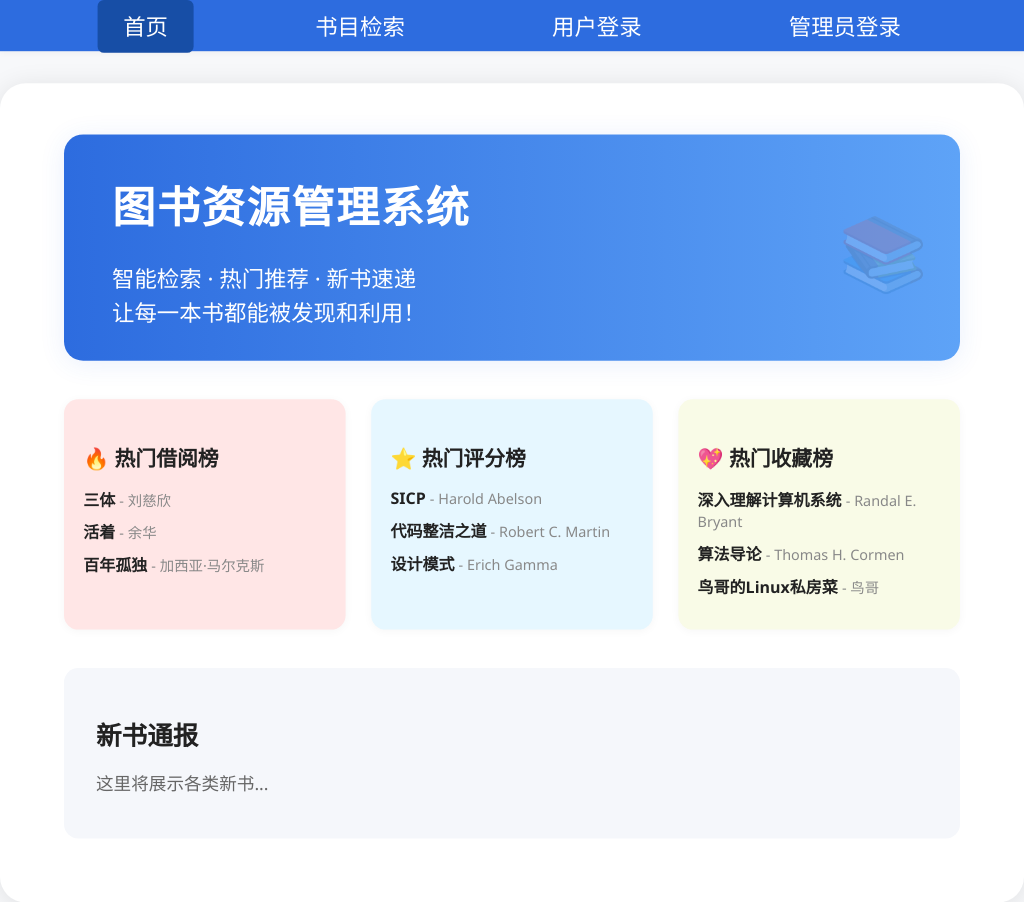
Repository: MercuryRandom/Library-Resource-Management-System
Page: / (app in frontend/)
An editor plug-in stored every save of this project. The page is shown before and after the next save, followed by the edit.
The browser window is 1280 px wide. The pictures show the whole page, at 80% of full size.
The project was rebuilt for these pictures with package versions that can differ from the ones it lists, and the page was loaded fresh each time. Also part of the build but not shown: frontend/vite.config.js, frontend/src/pages/SearchPage.jsx, frontend/src/pages/LoginPage.jsx, frontend/src/pages/RegisterPage.jsx, frontend/src/pages/UserLibraryPage.jsx, frontend/src/pages/AdminLoginPage.jsx, frontend/src/pages/AdminPage.jsx, frontend/src/pages/admin/ReaderManagementPage.jsx and 2 more.

Above is the page before, as saved 2025-06-25 20:29:11.

### frontend/index.html
<!DOCTYPE html>
<html lang="zh-CN">

<head>
  <meta charset="UTF-8" />
  <link rel="icon" type="image/svg+xml" href="/vite.svg" />
  <meta name="viewport" content="width=device-width, initial-scale=1.0" />
  <title>图书管理系统</title>
</head>

<body>
  <div id="root"></div>
  <script type="module" src="/src/main.jsx"></script>
</body>

</html>

### frontend/src/App.jsx
import { BrowserRouter as Router, Routes, Route, useNavigate } from 'react-router-dom';
import MainLayout from './layout/MainLayout';
import HomePage from './pages/HomePage';
import SearchPage from './pages/SearchPage';
import LoginPage from './pages/LoginPage';
import RegisterPage from './pages/RegisterPage';
import UserLibraryPage from './pages/UserLibraryPage';
import AdminLoginPage from './pages/AdminLoginPage';
import AdminPage from './pages/AdminPage';
import ReaderManagementPage from './pages/admin/ReaderManagementPage';
import BookManagementPage from './pages/admin/BookManagementPage';
import BorrowManagementPage from './pages/admin/BorrowManagementPage';
import './App.css';

function App() {
  return (
    <Router>
      <Routes>
        <Route path="/" element={<MainLayout />}>
          <Route index element={<HomePage />} />
          <Route path="search" element={<SearchPage />} />
          <Route path="login" element={<LoginPage />} />
          <Route path="register" element={<RegisterPage />} />
          <Route path="library" element={<UserLibraryPage />} />
          <Route path="admin-login" element={<AdminLoginPage />} />
          <Route path="admin" element={<AdminPage />}>
            <Route path="readers" element={<ReaderManagementPage />} />
            <Route path="books" element={<BookManagementPage />} />
            <Route path="borrowing" element={<BorrowManagementPage />} />
          </Route>
        </Route>
      </Routes>
    </Router>
  );
}

export default App;

### frontend/src/layout/MainLayout.jsx
import React from 'react';
import { Outlet, NavLink } from 'react-router-dom';

const MainLayout = () => {
  return (
    <div>
      <nav>
        <ul>
          <li>
            <NavLink to="/" end className={({ isActive }) => isActive ? 'active' : ''}>首页</NavLink>
          </li>
          <li>
            <NavLink to="/search" className={({ isActive }) => isActive ? 'active' : ''}>书目检索</NavLink>
          </li>
          <li>
            <NavLink to="/login" className={({ isActive }) => isActive ? 'active' : ''}>用户登录</NavLink>
          </li>
          <li>
            <NavLink to="/admin-login" className={({ isActive }) => isActive ? 'active' : ''}>管理员登录</NavLink>
          </li>
        </ul>
      </nav>
      <hr style={{ border: 'none', margin: 0 }} />
      <main>
        <Outlet />
      </main>
    </div>
  );
};

export default MainLayout;

### frontend/src/pages/HomePage.jsx
import React from 'react';

const HomePage = () => {
  // 假设这些是-从后端获取的数据
  const popularBorrowings = [
    { id: 1, title: '三体', author: '刘慈欣' },
    { id: 2, title: '活着', author: '余华' },
    { id: 3, title: '百年孤独', author: '加西亚·马尔克斯' },
  ];

  const popularRatings = [
    { id: 1, title: 'SICP', author: 'Harold Abelson' },
    { id: 2, title: '代码整洁之道', author: 'Robert C. Martin' },
    { id: 3, title: '设计模式', author: 'Erich Gamma' },
  ];

  const popularCollections = [
    { id: 1, title: '深入理解计算机系统', author: 'Randal E. Bryant' },
    { id: 2, title: '算法导论', author: 'Thomas H. Cormen' },
    { id: 3, title: '鸟哥的Linux私房菜', author: '鸟哥' },
  ];

  return (
    <div>
      <div style={{
        background: 'linear-gradient(90deg, #2d6cdf 0%, #5ea3f7 100%)',
        color: '#fff',
        borderRadius: '24px',
        padding: '48px 40px 40px 60px',
        marginBottom: 48,
        boxShadow: '0 4px 32px rgba(45,108,223,0.10)',
        display: 'flex',
        alignItems: 'center',
        gap: 40
      }}>
        <div style={{ flex: 1 }}>
          <h1 style={{ fontSize: 54, fontWeight: 700, margin: 0, letterSpacing: 2 }}>图书资源管理系统</h1>
          <p style={{ fontSize: 28, margin: '32px 0 0 0', lineHeight: 1.5 }}>
            智能检索 · 热门推荐 · 新书速递<br />
            让每一本书都能被发现和利用！
          </p>
        </div>
        <div style={{ fontSize: 90, opacity: 0.15, userSelect: 'none' }}>📚</div>
      </div>

      <div style={{ display: 'flex', justifyContent: 'space-between', gap: 32, marginBottom: 48 }}>
        <RecommendationList title="热门借阅榜" icon="🔥" books={popularBorrowings} color="#ffe6e6" />
        <RecommendationList title="热门评分榜" icon="⭐" books={popularRatings} color="#e6f7ff" />
        <RecommendationList title="热门收藏榜" icon="💖" books={popularCollections} color="#f9fbe7" />
      </div>

      <div style={{ marginTop: '40px', background: '#f5f7fb', borderRadius: 18, padding: '32px 40px' }}>
        <h2 style={{ fontSize: 32, marginBottom: 18 }}>新书通报</h2>
        <p style={{ color: '#666', fontSize: 22 }}>这里将展示各类新书...</p>
      </div>
    </div>
  );
};

// 一个可重用的列表组件
const RecommendationList = ({ title, icon, books, color }) => (
  <div style={{ background: color, borderRadius: 18, padding: '28px 24px', width: '32%', boxShadow: '0 2px 12px rgba(0,0,0,0.04)' }}>
    <h3 style={{ fontSize: 26, marginBottom: 18 }}>{icon} {title}</h3>
    <ul style={{ padding: 0, margin: 0, listStyle: 'none', fontSize: 20 }}>
      {books.map(book => (
        <li key={book.id} style={{ marginBottom: 12 }}>
          <strong>{book.title}</strong> <span style={{ color: '#888', fontSize: 18 }}>- {book.author}</span>
        </li>
      ))}
    </ul>
  </div>
);

export default HomePage;

### frontend/src/App.css
body {
  margin: 0;
  padding: 0;
  font-family: 'Segoe UI', 'Arial', sans-serif;
  background: #f7f8fa;
  color: #222;
  font-size: 24px;
}

#root {
  min-height: 100vh;
  display: flex;
  flex-direction: column;
}

nav {
  background: #2d6cdf;
  padding: 0 0;
  box-shadow: 0 2px 8px rgba(0, 0, 0, 0.04);
}

nav ul {
  display: flex;
  justify-content: center;
  align-items: center;
  margin: 0;
  padding: 0;
  list-style: none;
  height: 64px;
}

nav ul li {
  margin: 0 60px;
}

nav ul li a {
  color: #fff;
  text-decoration: none;
  font-size: 28px;
  font-weight: 500;
  padding: 14px 32px;
  border-radius: 8px;
  transition: background 0.2s;
}

nav ul li a:hover,
nav ul li a.active {
  background: #174ea6;
}

main {
  flex: 1;
  max-width: 1600px;
  margin: 40px auto 0 auto;
  background: #fff;
  border-radius: 32px;
  box-shadow: 0 4px 32px rgba(0, 0, 0, 0.10);
  padding: 64px 80px 80px 80px;
  font-size: 1.25em;
}

/* 登录/注册卡片样式 */
.form-card {
  max-width: 520px;
  margin: 60px auto;
  padding: 48px 40px 40px 40px;
  background: #f5f7fb;
  border-radius: 24px;
  box-shadow: 0 2px 16px rgba(0, 0, 0, 0.08);
}

.form-card h2 {
  text-align: center;
  margin-bottom: 32px;
  font-size: 2.2em;
}

.form-card label {
  font-size: 1.1em;
  margin-bottom: 8px;
}

.form-card input {
  width: 100%;
  padding: 14px;
  font-size: 1.1em;
  border: 1px solid #bfc8e0;
  border-radius: 8px;
  margin-bottom: 24px;
  background: #fff;
  box-sizing: border-box;
}

.form-card button {
  width: 100%;
  padding: 16px;
  font-size: 1.1em;
  background: #2d6cdf;
  color: #fff;
  border: none;
  border-radius: 8px;
  margin-top: 8px;
  cursor: pointer;
  transition: background 0.2s;
}

.form-card button:hover {
  background: #174ea6;
}

.form-card .form-link {
  display: block;
  text-align: right;
  margin-top: 12px;
  color: #2d6cdf;
  text-decoration: underline;
  cursor: pointer;
  font-size: 1em;
}

@media (max-width: 900px) {
  main {
    max-width: 98vw;
    padding: 16px 2vw;
  }

  nav ul li {
    margin: 0 10px;
  }

  nav ul li a {
    font-size: 18px;
    padding: 8px 10px;
  }

  .form-card {
    padding: 24px 8px 24px 8px;
  }
}

.logo {
  height: 6em;
  padding: 1.5em;
  will-change: filter;
  transition: filter 300ms;
}

.logo:hover {
  filter: drop-shadow(0 0 2em #646cffaa);
}

.logo.react:hover {
  filter: drop-shadow(0 0 2em #61dafbaa);
}

@keyframes logo-spin {
  from {
    transform: rotate(0deg);
  }

  to {
    transform: rotate(360deg);
  }
}

@media (prefers-reduced-motion: no-preference) {
  a:nth-of-type(2) .logo {
    animation: logo-spin infinite 20s linear;
  }
}

.card {
  padding: 2em;
}

.read-the-docs {
  color: #888;
}

.card-hover {
  transition: box-shadow 0.25s, transform 0.25s;
  box-shadow: 0 2px 12px rgba(0, 0, 0, 0.04);
}

.card-hover:hover {
  box-shadow: 0 8px 32px rgba(45, 108, 223, 0.18);
  transform: translateY(-10px) scale(1.03);
  z-index: 2;
}

Loaded but not shown: frontend/src/main.jsx (common file)

After the next save:
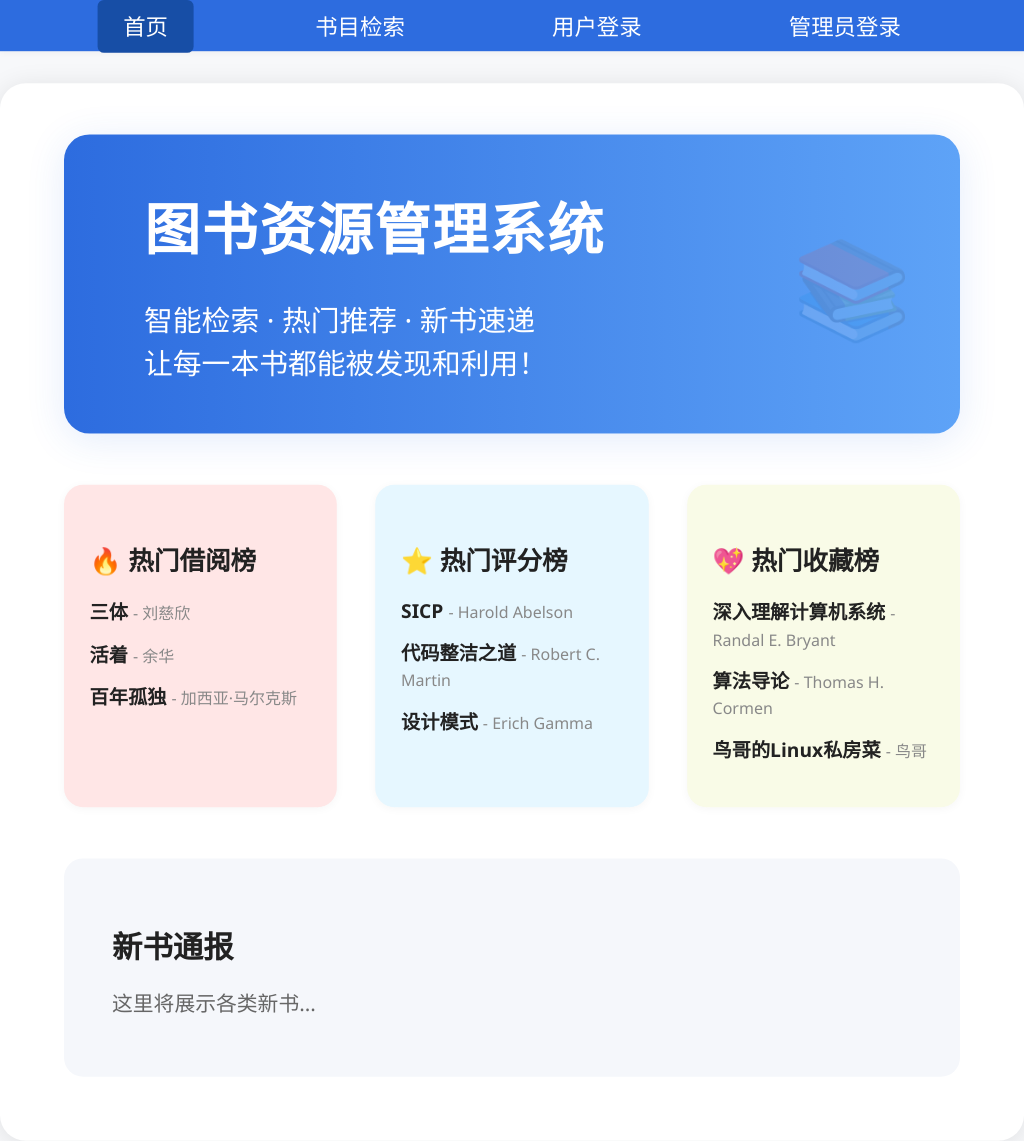
Saved 32 s later.
--- a/frontend/src/pages/HomePage.jsx
+++ b/frontend/src/pages/HomePage.jsx
@@ -25,33 +25,33 @@ const HomePage = () => {
       <div style={{
         background: 'linear-gradient(90deg, #2d6cdf 0%, #5ea3f7 100%)',
         color: '#fff',
-        borderRadius: '24px',
-        padding: '48px 40px 40px 60px',
-        marginBottom: 48,
-        boxShadow: '0 4px 32px rgba(45,108,223,0.10)',
+        borderRadius: '32px',
+        padding: '64px 60px 60px 100px',
+        marginBottom: 64,
+        boxShadow: '0 8px 48px rgba(45,108,223,0.13)',
         display: 'flex',
         alignItems: 'center',
-        gap: 40
+        gap: 60
       }}>
         <div style={{ flex: 1 }}>
-          <h1 style={{ fontSize: 54, fontWeight: 700, margin: 0, letterSpacing: 2 }}>图书资源管理系统</h1>
-          <p style={{ fontSize: 28, margin: '32px 0 0 0', lineHeight: 1.5 }}>
+          <h1 style={{ fontSize: 70, fontWeight: 800, margin: 0, letterSpacing: 2 }}>图书资源管理系统</h1>
+          <p style={{ fontSize: 36, margin: '40px 0 0 0', lineHeight: 1.5 }}>
             智能检索 · 热门推荐 · 新书速递<br />
             让每一本书都能被发现和利用！
           </p>
         </div>
-        <div style={{ fontSize: 90, opacity: 0.15, userSelect: 'none' }}>📚</div>
+        <div style={{ fontSize: 120, opacity: 0.13, userSelect: 'none' }}>📚</div>
       </div>
 
-      <div style={{ display: 'flex', justifyContent: 'space-between', gap: 32, marginBottom: 48 }}>
+      <div style={{ display: 'flex', justifyContent: 'space-between', gap: 48, marginBottom: 64 }}>
         <RecommendationList title="热门借阅榜" icon="🔥" books={popularBorrowings} color="#ffe6e6" />
         <RecommendationList title="热门评分榜" icon="⭐" books={popularRatings} color="#e6f7ff" />
         <RecommendationList title="热门收藏榜" icon="💖" books={popularCollections} color="#f9fbe7" />
       </div>
 
-      <div style={{ marginTop: '40px', background: '#f5f7fb', borderRadius: 18, padding: '32px 40px' }}>
-        <h2 style={{ fontSize: 32, marginBottom: 18 }}>新书通报</h2>
-        <p style={{ color: '#666', fontSize: 22 }}>这里将展示各类新书...</p>
+      <div style={{ marginTop: '60px', background: '#f5f7fb', borderRadius: 24, padding: '48px 60px' }}>
+        <h2 style={{ fontSize: 38, marginBottom: 24 }}>新书通报</h2>
+        <p style={{ color: '#666', fontSize: 26 }}>这里将展示各类新书...</p>
       </div>
     </div>
   );
@@ -59,12 +59,12 @@ const HomePage = () => {
 
 // 一个可重用的列表组件
 const RecommendationList = ({ title, icon, books, color }) => (
-  <div style={{ background: color, borderRadius: 18, padding: '28px 24px', width: '32%', boxShadow: '0 2px 12px rgba(0,0,0,0.04)' }}>
-    <h3 style={{ fontSize: 26, marginBottom: 18 }}>{icon} {title}</h3>
-    <ul style={{ padding: 0, margin: 0, listStyle: 'none', fontSize: 20 }}>
+  <div className="card-hover" style={{ background: color, borderRadius: 24, padding: '38px 32px', width: '32%', boxShadow: '0 2px 12px rgba(0,0,0,0.04)', transition: 'box-shadow 0.25s, transform 0.25s' }}>
+    <h3 style={{ fontSize: 32, marginBottom: 24 }}>{icon} {title}</h3>
+    <ul style={{ padding: 0, margin: 0, listStyle: 'none', fontSize: 24 }}>
       {books.map(book => (
-        <li key={book.id} style={{ marginBottom: 12 }}>
-          <strong>{book.title}</strong> <span style={{ color: '#888', fontSize: 18 }}>- {book.author}</span>
+        <li key={book.id} style={{ marginBottom: 18 }}>
+          <strong>{book.title}</strong> <span style={{ color: '#888', fontSize: 20 }}>- {book.author}</span>
         </li>
       ))}
     </ul>
